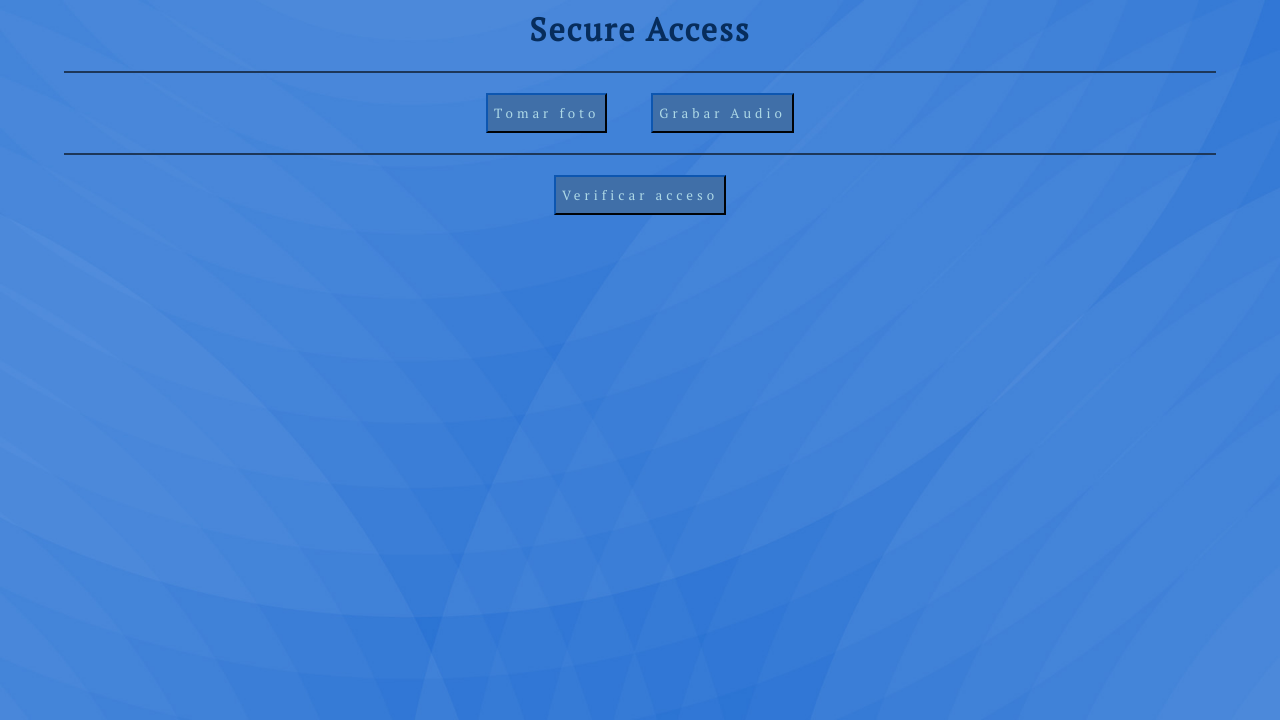
Repository: dabarreiroh/SECURE-ACCESS
Page: accessecure/templates/home/index.html
The author's editor kept a copy of each file at every save. The page is drawn from the files as they stood at one save, then again after the next save.
The browser window is 1280 px wide. The pictures show the whole page.

Above is the page before, as saved 2020-03-16 23:43:21.

After the next save:
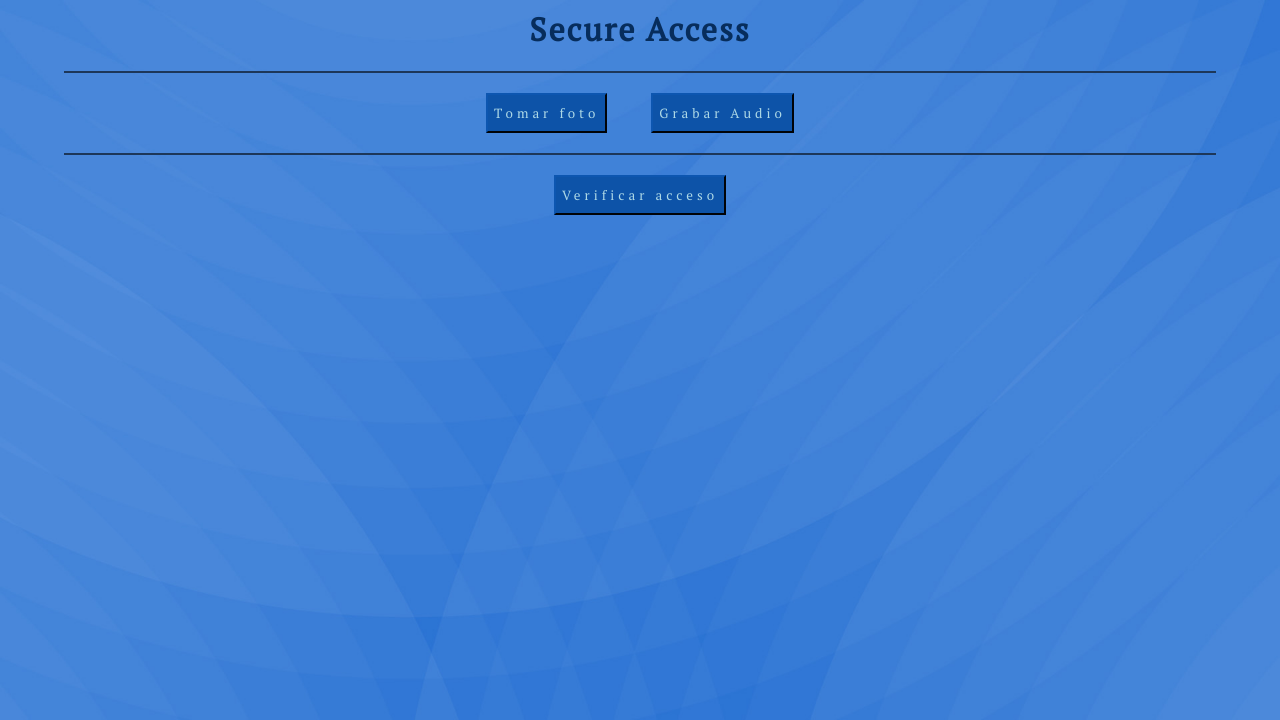
Saved 16 s later.
--- a/accessecure/static/admin/css/index/index.css
+++ b/accessecure/static/admin/css/index/index.css
@@ -25,7 +25,7 @@ input{
     margin: 20px;
     height: 40px;
     letter-spacing: 0.3em;
-    background-color: #406FA8;
+    background-color: #0D53A8;
     border: 2px solid #072D5C;
     border-style: outset;
     color: lightblue;
